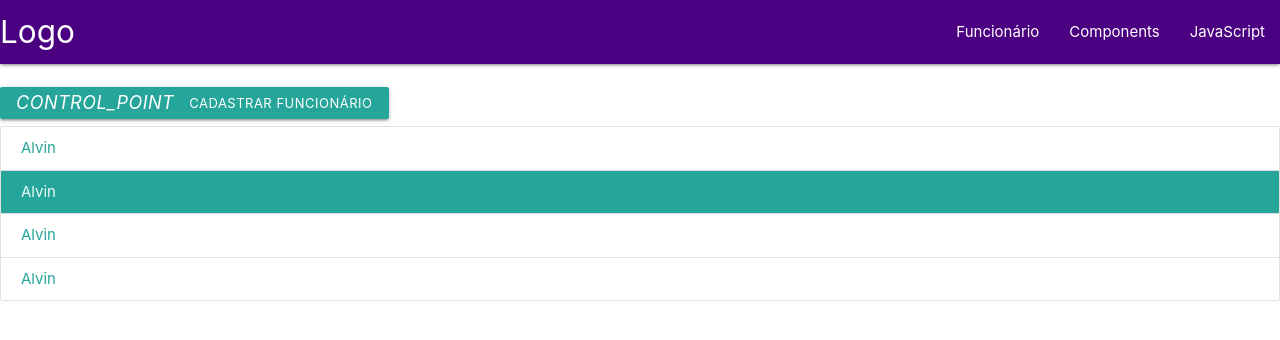
Repository: andrehct/CONCESSIONARIA_BD
Page: http://localhost/Projeto/funcionario/listar.jsp
An editor plug-in stored every save of this project. The page is shown before and after the next save, followed by the edit.
The browser window is 1280 px wide. The pictures show the whole page.
The page is served by Tomcat 9. Other server files are loaded and not shown. Queries for data that is not in the repository find no rows.

Above is the page before, as saved 2019-06-28 14:29:42.

### Projeto/WebContent/funcionario/listar.jsp
<%@ page language="java" contentType="text/html; charset=ISO-8859-1"
    pageEncoding="ISO-8859-1"%>
<!DOCTYPE html>
<html>
<head>
<meta charset="ISO-8859-1">
<title>::: Lista de Funcionários :::</title>
<%@ include file="../menu.jsp" %>
</head>
<body>
    <br/>
      <a href="inserir.jsp" class="waves-effect waves-light btn-small"><i class="material-icons left">control_point</i>Cadastrar Funcionário</a>
    <br/>
	<div class="collection">
        <a href="#!" class="collection-item">Alvin</a>
        <a href="#!" class="collection-item active">Alvin</a>
        <a href="#!" class="collection-item">Alvin</a>
        <a href="#!" class="collection-item">Alvin</a>
      </div>

</body>
</html>

### Projeto/WebContent/menu.jsp
<!--Import Google Icon Font-->
<link href="https://fonts.googleapis.com/icon?family=Material+Icons" rel="stylesheet">
<!--Import materialize.css-->
<link type="text/css" rel="stylesheet" href="../css/materialize.min.css"  media="screen,projection"/>

<!--Let browser know website is optimized for mobile-->
<meta name="viewport" content="width=device-width, initial-scale=1.0"/>
<header>
 <nav>
  <div class="nav-wrapper">
    <a href="../index.jsp" class="brand-logo">Logo</a>
    <ul id="nav-mobile" class="right hide-on-med-and-down">
      <li><a href="../FuncionarioController">Funcionário</a></li>
      <li><a href="badges.html">Components</a></li>
      <li><a href="collapsible.html">JavaScript</a></li>
    </ul>
  </div>
</nav>
</header>

<!--JavaScript at end of body for optimized loading-->
<script type="text/javascript" src="../js/materialize.min.js"></script>

### Projeto/src/br/com/concessionaria/factory/DAOFactory.java
package br.com.concessionaria.factory;

import br.com.concessionaria.dao.AutomovelDAO;
import br.com.concessionaria.dao.CargoDAO;
import br.com.concessionaria.dao.ClienteAutomovelDAO;
import br.com.concessionaria.dao.ClienteDAO;
import br.com.concessionaria.dao.CorDAO;
import br.com.concessionaria.dao.FuncVendaAutoDAO;
import br.com.concessionaria.dao.FuncionarioDAO;
import br.com.concessionaria.dao.FuncionarioSalarioDAO;
import br.com.concessionaria.dao.MarcaDAO;
import br.com.concessionaria.dao.ModeloDAO;
import br.com.concessionaria.dao.RevisaoDAO;
import br.com.concessionaria.dao.SeguradoraDAO;
import br.com.concessionaria.dao.SeguroAutomovelDAO;
import br.com.concessionaria.dao.SeguroDAO;
import br.com.concessionaria.dao.TipoAutomovelDAO;

public class DAOFactory {

	public static FuncionarioDAO createFuncionarioDAO() {
		return new FuncionarioDAO();
	}

	public static AutomovelDAO createAutomovelDAO() {
		return new AutomovelDAO();
	}

	public static CargoDAO createCargoDAO() {
		return new CargoDAO();
	}

	public static ClienteAutomovelDAO createClienteAutomovelDAO() {
		return new ClienteAutomovelDAO();
	}

	public static ClienteDAO createClienteDAO() {
		return new ClienteDAO();
	}

	public static CorDAO createCorDAO() {
		return new CorDAO();
	}

	public static FuncionarioSalarioDAO createFuncionarioSalarioDAO() {
		return new FuncionarioSalarioDAO();
	}

	public static FuncVendaAutoDAO createFuncVendaAutoDAO() {
		return new FuncVendaAutoDAO();
	}

	public static MarcaDAO createMarcaDAO() {
		return new MarcaDAO();
	}

	public static ModeloDAO createModeloDAO() {
		return new ModeloDAO();
	}

	public static RevisaoDAO createRevisaoDAO() {
		return new RevisaoDAO();
	}

	public static SeguradoraDAO createSeguradoraDAO() {
		return new SeguradoraDAO();
	}

	public static SeguroAutomovelDAO createSeguroAutomovelDAO() {
		return new SeguroAutomovelDAO();
	}

	public static SeguroDAO createSeguroDAO() {
		return new SeguroDAO();
	}

	public static TipoAutomovelDAO createTipoAutomovelDAO() {
		return new TipoAutomovelDAO();
	}
}

### Projeto/src/br/com/concessionaria/infra/InterfaceDAO.java
package br.com.concessionaria.infra;

import java.util.List;

public interface InterfaceDAO<T> {

	void inserir(T t);

	void alterar(int id, String chave);

	void excluir(int id, String chave);

	T consultar(int id, String chave);

	List<T> listar();

}

### Projeto/src/br/com/concessionaria/dao/FuncionarioDAO.java
package br.com.concessionaria.dao;

import java.sql.Connection;
import java.sql.PreparedStatement;
import java.sql.ResultSet;
import java.util.ArrayList;
import java.util.List;

import br.com.concessionaria.infra.ConexaoDAO;
import br.com.concessionaria.infra.InterfaceDAO;
import br.com.concessionaria.vo.FuncionarioVO;

public class FuncionarioDAO implements InterfaceDAO<FuncionarioVO>{


	private PreparedStatement stmt = null;
	private ResultSet res = null;
	private Connection conn = ConexaoDAO.getConn();
	StringBuilder sql = new StringBuilder();

	@Override
	public void inserir(FuncionarioVO funcionarioVO) {
		try {
			//Montando a query sql
				sql.setLength(0);
				sql.append("INSERT INTO FUNCIONARIO ");
				sql.append("([NUM_CPF],[NOM_FUNCIONARIO],[DES_ENDERECO],");
				sql.append("[DTA_NASCIMENTO],[NUM_RG],");
				sql.append("[DTA_CONTRATACAO],[ID_CARGO],[NUM_NIVEL])");
				sql.append("VALUES (?,?,?,?,?,?,?,?)");
			//Montando o statement para o banco
				stmt = conn.prepareStatement(sql.toString());
				stmt.setString(1, funcionarioVO.getCPF());
				stmt.setString(2, funcionarioVO.getNome());
				stmt.setString(3, funcionarioVO.getEndereco());
				stmt.setString(4, funcionarioVO.getDataNascimento());
				stmt.setString(5, funcionarioVO.getRg());
				stmt.setString(6, funcionarioVO.getDataContratacao());
				stmt.setString(7, Integer.toString(funcionarioVO.getIdCargo()));
				stmt.setString(8, Integer.toString(funcionarioVO.getNivel()));
			//Executando a query no banco
				stmt.executeUpdate();

		}catch(Exception ex) {
			System.out.println("Erro ao tentar inserir o funcionário.");
			ex.printStackTrace();

		}finally {
			ConexaoDAO.liberaConexao(conn, stmt, res);
		}

	}

	@Override
	public void alterar(FuncionarioVO funcionarioVO, String... CPF) {
		try {
			//Montando a query sql
				sql.setLength(0);
				sql.append("UPDATE FUNCIONARIO SET ");
				sql.append("[NUM_CPF] = ?,");
				sql.append("[NOM_FUNCIONARIO] = ?,");
				sql.append("[DES_ENDERECO] = ?,");
				sql.append("[DTA_NASCIMENTO] = ?,");
				sql.append("[NUM_RG] = ?,");
				sql.append("[DTA_CONTRATACAO] = ?,");
				sql.append("[ID_CARGO] = ?,");
				sql.append("[NUM_NIVEL] = ? ");
				sql.append("WHERE [NUM_CPF] = ?");
			//Montando o statement para o banco
				stmt = conn.prepareStatement(sql.toString());
				stmt.setString(1, funcionarioVO.getCPF());
				stmt.setString(2, funcionarioVO.getNome());
				stmt.setString(3, funcionarioVO.getEndereco());
				stmt.setString(4, funcionarioVO.getDataNascimento());
				stmt.setString(5, funcionarioVO.getRg());
				stmt.setString(6, funcionarioVO.getDataContratacao());
				stmt.setString(7, Integer.toString(funcionarioVO.getIdCargo()));
				stmt.setString(8, Integer.toString(funcionarioVO.getNivel()));
				stmt.setString(9, CPF[0]);
			//Executando a query no banco
				stmt.executeUpdate();

		}catch(Exception ex) {
			System.out.println("Erro ao tentar alterar os dados do funcionário.");
			ex.printStackTrace();

		}finally {
			ConexaoDAO.liberaConexao(conn, stmt, res);
		}

	}

	@Override
	public void excluir(String... CPF) {
		try {
			//Montando a query sql
				sql.setLength(0);
				sql.append("DELETE FROM FUNCIONARIO ");
				sql.append("WHERE [NUM_CPF] = ?");
			//Montando o statement para o banco
				stmt = conn.prepareStatement(sql.toString());
				stmt.setString(1, CPF[0]);
			//Executando a query no banco
				stmt.executeUpdate();

		}catch(Exception ex) {
			System.out.println("Erro ao tentar excluir o funcionário.");
			ex.printStackTrace();

		}finally {
			ConexaoDAO.liberaConexao(conn, stmt, res);
		}

	}

	@Override
	public FuncionarioVO consultar(String... CPF) {
		FuncionarioVO func = new FuncionarioVO();
		try {
			//Montando a query sql
				sql.setLength(0);
				sql.append("SELECT ");
				sql.append("[NUM_CPF],");
				sql.append("[NOM_FUNCIONARIO],");
				sql.append("[DES_ENDERECO],");
				sql.append("[DTA_NASCIMENTO],");
				sql.append("[NUM_RG],");
				sql.append("[DTA_CONTRATACAO],");
				sql.append("[ID_CARGO],");
				sql.append("[NUM_NIVEL] FROM FUNCIONARIO ");
				sql.append("WHERE [NUM_CPF] = ?");
			//Montando o statement para o banco
				stmt = conn.prepareStatement(sql.toString());
				stmt.setString(1, CPF[0]);
			//Executando a query no banco
				res = stmt.executeQuery();
			//Pegando a linha de resultado com o next
				res.next();
			//criando funcionario com os dados obtidos
				func.setCPF(res.getString("NUM_CPF"));
				func.setNome(res.getString("NOM_FUNCIONARIO"));
				func.setDataContratacao(res.getString("DTA_CONTRATACAO"));
				func.setDataNascimento(res.getString("DTA_NASCIMENTO"));
				func.setEndereco(res.getString("DES_ENDERECO"));
				func.setIdCargo(res.getInt("ID_CARGO"));
				func.setNivel(res.getInt("NUM_NIVEL"));
				func.setRg(res.getString("NUM_RG"));
		}catch(Exception ex) {
			System.out.println("Erro ao tentar selecionar dados do funcionário.");
			ex.printStackTrace();

		}finally {
			ConexaoDAO.liberaConexao(conn, stmt, res);
		}

		return func;
	}

	@Override
	public List<FuncionarioVO> listar() {
		List<FuncionarioVO> func = new ArrayList<FuncionarioVO>();
		try {
			//Montando a query sql
				sql.setLength(0);
				sql.append("SELECT * FROM FUNCIONARIO");
			//Montando o statement para o banco
				stmt = conn.prepareStatement(sql.toString());
			//Executando a query no banco
				res = stmt.executeQuery();
			//Pegando a linha de resultado com o next
				while(res.next()) {
					FuncionarioVO el = new FuncionarioVO();

					el.setCPF(res.getString("NUM_CPF"));
					el.setNome(res.getString("NOM_FUNCIONARIO"));
					el.setDataContratacao(res.getString("DTA_CONTRATACAO"));
					el.setDataNascimento(res.getString("DTA_NASCIMENTO"));
					el.setEndereco(res.getString("DES_ENDERECO"));
					el.setIdCargo(res.getInt("ID_CARGO"));
					el.setNivel(res.getInt("NUM_NIVEL"));
					el.setRg(res.getString("NUM_RG"));

					func.add(el);
				}
		}catch(Exception ex) {
			System.out.println("Erro ao tentar selecionar dados do funcionário.");
			ex.printStackTrace();

		}finally {
			ConexaoDAO.liberaConexao(conn, stmt, res);
		}

		return func;
	}

}

### Projeto/src/br/com/concessionaria/infra/ConexaoDAO.java
package br.com.concessionaria.infra;

import java.sql.Connection;
import java.sql.PreparedStatement;
import java.sql.ResultSet;
import java.sql.SQLException;


public class ConexaoDAO {


	public static Connection getConn() {
		return DBConexao.getInstance().getConnection();
	}

	public static void liberaConexao(Connection conexao, PreparedStatement pstmt, ResultSet rs) {
		try {
			if(rs != null) {
				rs.close();
				System.out.println("ResultSet Fechado");
			}
			if(pstmt != null) {
				pstmt.close();
				System.out.println("PreparedStatement Fechado");
			}
			if(conexao != null) {
				conexao.close();
				System.out.println("Conexão Fechada");
			}
		} catch (SQLException e) {
			e.printStackTrace();
		}
	}


	public static void main(String[] args) {
		getConn();
	}
}

### Projeto/src/br/com/concessionaria/infra/DBConexao.java
package br.com.concessionaria.infra;

import java.sql.Connection;
import java.sql.DriverManager;
import javax.sql.DataSource;

public class DBConexao {

	private Connection connection = null;

	protected DataSource dataSource = null;
	private static DBConexao instance = new DBConexao();

	public DBConexao(){

	}


	public Connection getConnection() {
		return datasourceConnection();

	}

	private Connection datasourceConnection(){
		try {
			DriverManager.registerDriver(new com.microsoft.sqlserver.jdbc.SQLServerDriver());
			connection = DriverManager.getConnection("jdbc:sqlserver://localhost:1433;databaseName=CONCESSIONARIA;","javaUsu","123456");
			//System.out.println("conectado!");
		} catch (Exception e) {
			e.printStackTrace();
			//System.out.println("Erro ao tentar montar o lookup de conexão com o database.");
		}

		return connection;
	}



	public static DBConexao getInstance() {
		return instance;
	}

	public static void setInstance(DBConexao instance) {
		DBConexao.instance = instance;
	}



}

Loaded but not shown: Projeto/WebContent/css/materialize.min.css (library); Projeto/WebContent/js/materialize.min.js (library)

After the next save:
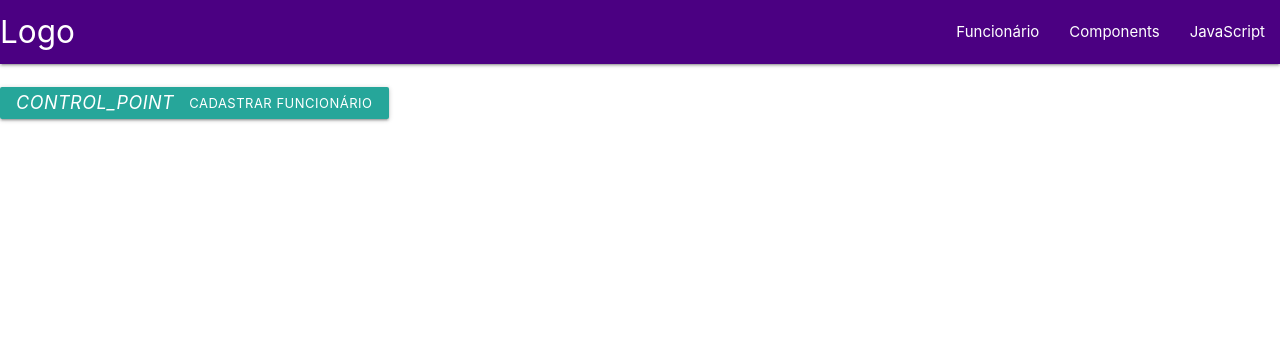
Saved 4 min 11 s later.
--- a/Projeto/WebContent/funcionario/listar.jsp
+++ b/Projeto/WebContent/funcionario/listar.jsp
@@ -1,5 +1,8 @@
-<%@ page language="java" contentType="text/html; charset=ISO-8859-1"
-    pageEncoding="ISO-8859-1"%>
+<%@page import="br.com.concessionaria.factory.DAOFactory"%>
+<%@page import="br.com.concessionaria.vo.FuncionarioVO"%>
+<%@page import="java.util.List"%>
+<%@ page language="java" contentType="text/html; charset=ISO-8859-1" pageEncoding="ISO-8859-1"%>
+<%List<FuncionarioVO> lista = DAOFactory.createFuncionarioDAO().listar();%>
 <!DOCTYPE html>
 <html>
 <head>
@@ -11,12 +14,13 @@
     <br/>
       <a href="inserir.jsp" class="waves-effect waves-light btn-small"><i class="material-icons left">control_point</i>Cadastrar Funcionário</a>
     <br/>
+    <%for(FuncionarioVO f : lista){%>
 	<div class="collection">
-        <a href="#!" class="collection-item">Alvin</a>
-        <a href="#!" class="collection-item active">Alvin</a>
+        <a href="#!" class="collection-item"><%=f.getCPF()%></a>
+        <a href="#!" class="collection-item active"><%=f.getNome()%></a>
         <a href="#!" class="collection-item">Alvin</a>
         <a href="#!" class="collection-item">Alvin</a>
       </div>
-
+    <%}%>
 </body>
 </html>
